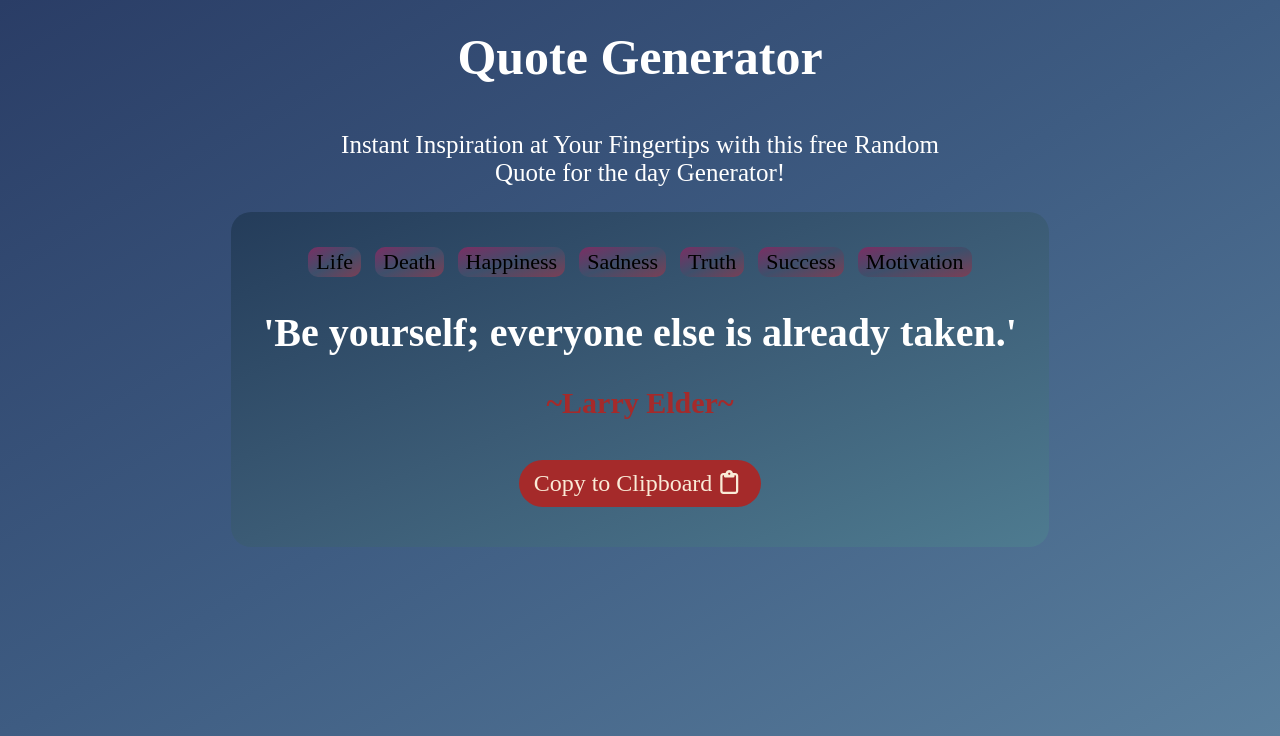
Repository: moehaymanmyint/Random-Quote-Generator
Page: index.html
These files come from the project's save history. The page is drawn as it stood at one moment and after the next save; the edit follows.
The browser window is 1280 px wide. The pictures show the whole page.
Some web fonts or font styles are not loaded; a fallback is used. Some web libraries are served in a nearby version.

Above is the page before, as saved 2024-11-07 23:21:29.

After the next save:
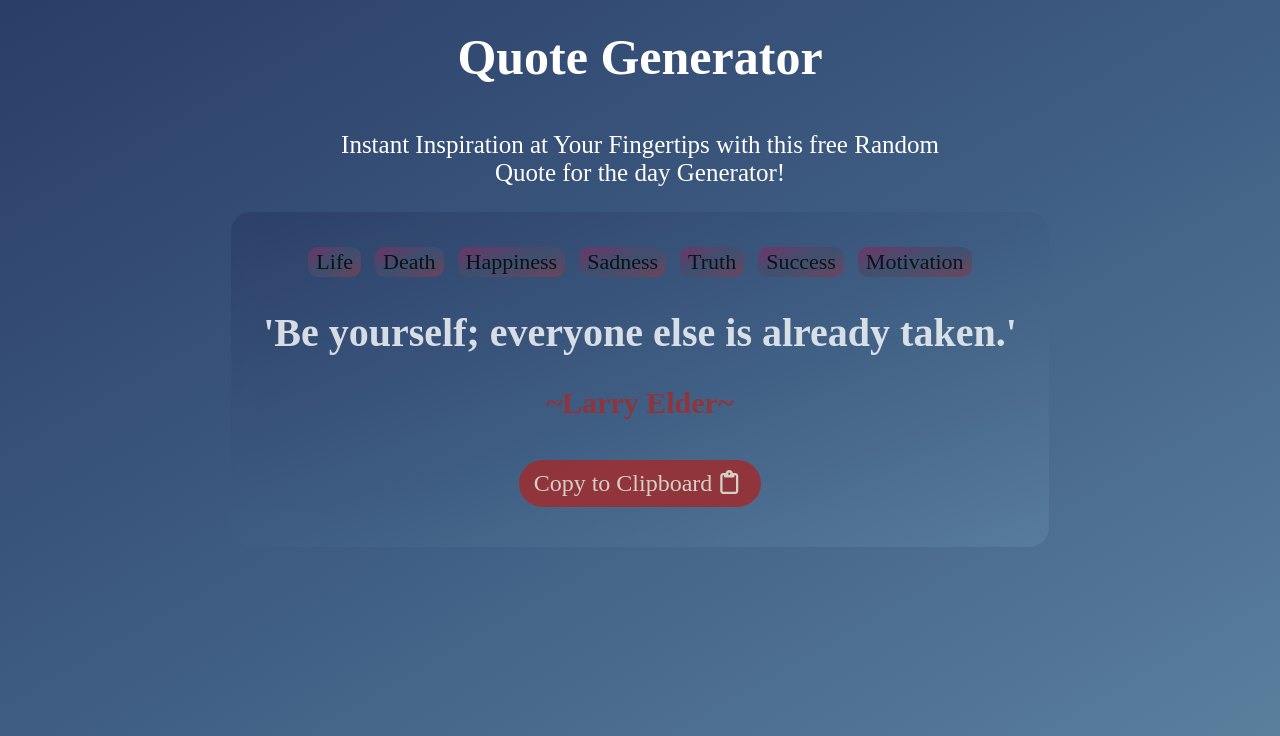
Saved 23 s later.
--- a/style.css
+++ b/style.css
@@ -33,7 +33,8 @@ body{
 }
 
 .quote-box{
-    background: linear-gradient(to bottom right, #243c5a, #3b5b75, #4e7b90);
+    background: linear-gradient(to bottom right, #2a3d66, #3e5c82, #5a7f9d);
+    opacity: 0.8;
     padding: 30px;
     display: flex;
     flex-direction: column;
